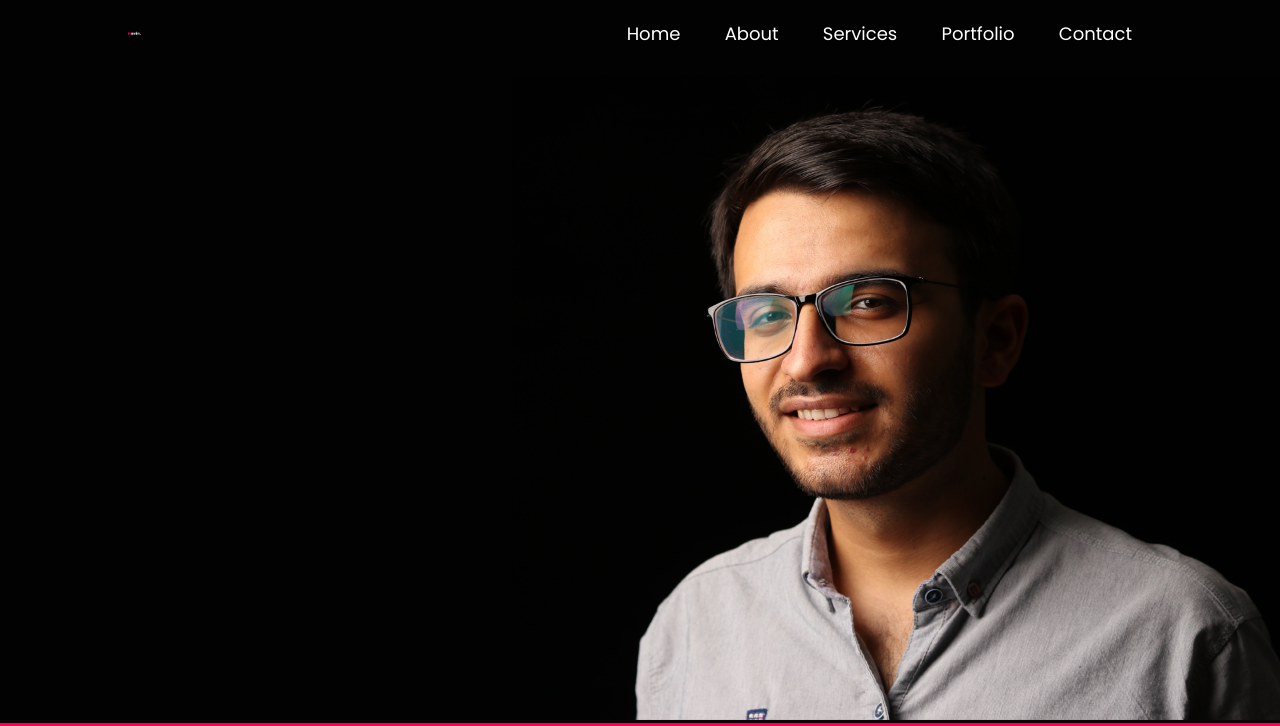
Repository: bryanbraide/Profile-card
Page: index.html
An editor plug-in stored every save of this project. The page is shown before and after the next save, followed by the edit.
The browser window is 1280 px wide. The pictures show the whole page.

Above is the page before, as saved 2025-06-16 14:19:07.

After the next save:
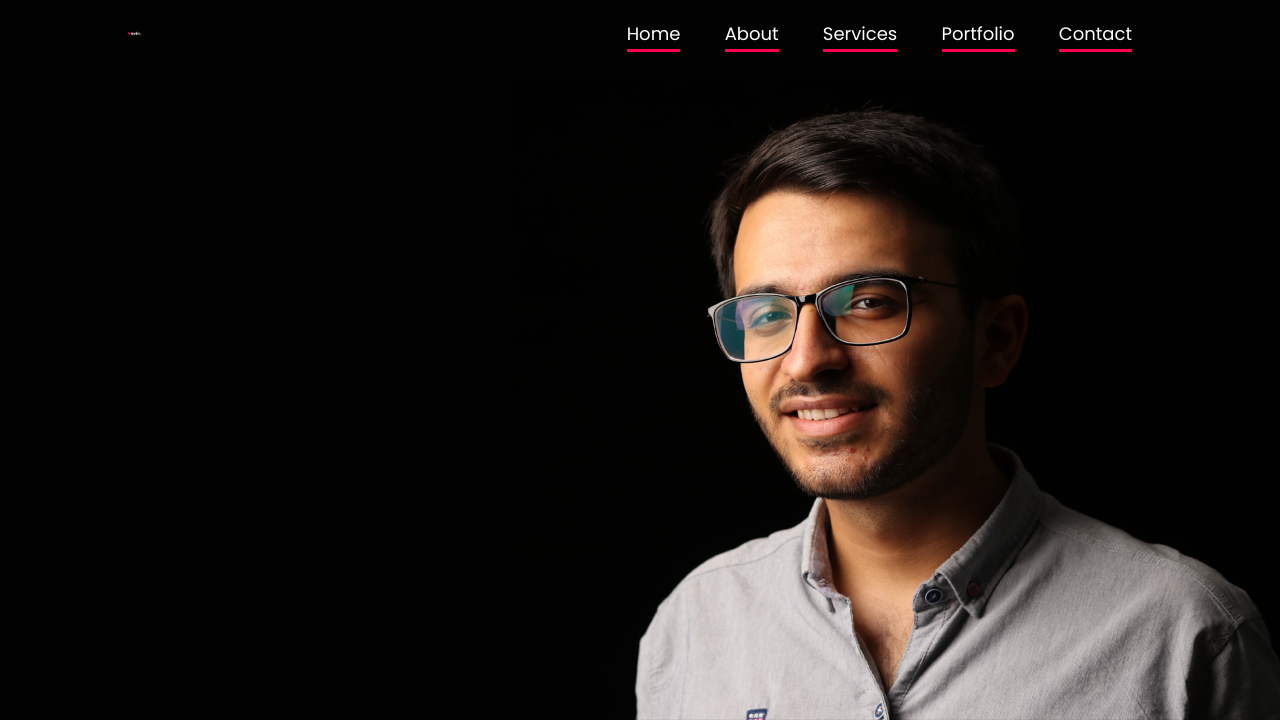
Saved 10 s later.
--- a/style.css
+++ b/style.css
@@ -39,7 +39,7 @@
   color: white;
   text-decoration-line: none;
   font-size: 18px;
-  position: ;
+  position: relative;
 }
 
 nav ul li a::after{
